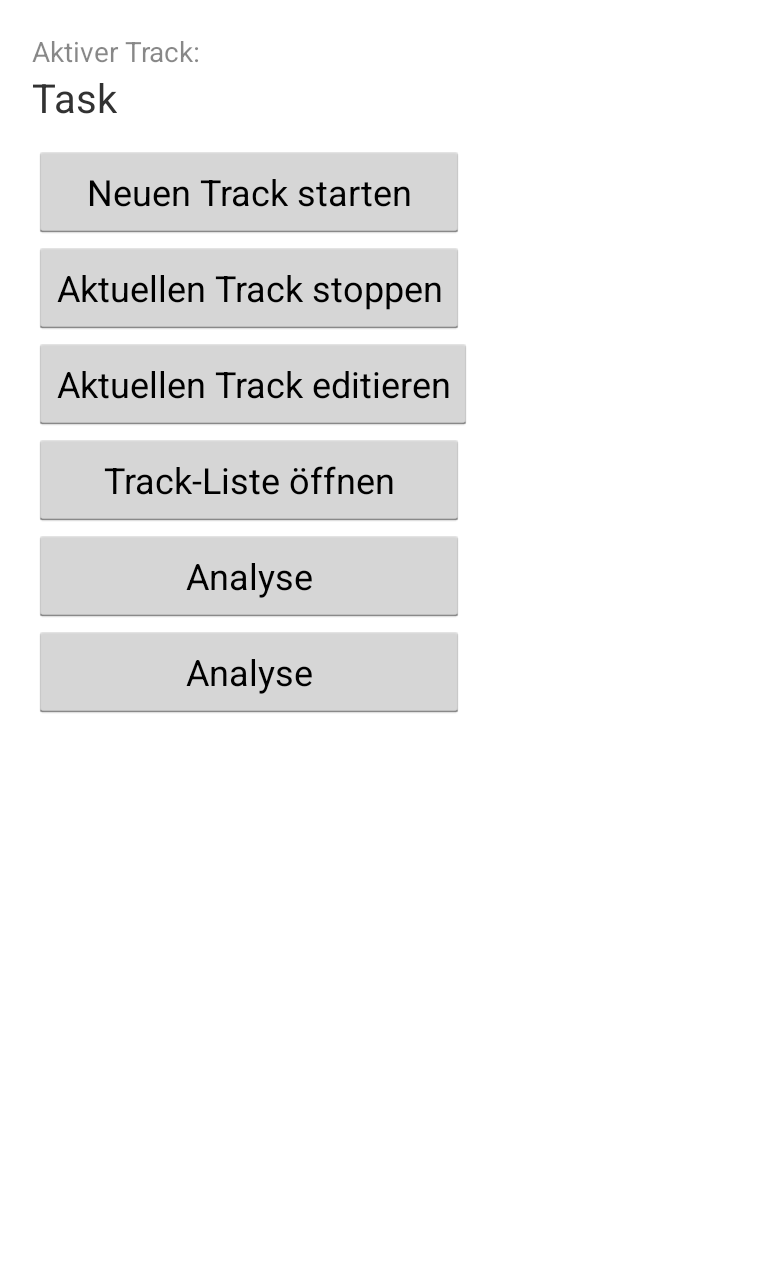
Repository: floriandrs/ttracker
Layout: TTracker/res/layout/activity_main.xml
The author's editor kept a copy of each file at every save. The layout is drawn from the files as they stood at one save, then again after the next save.
It is drawn on a 768 x 1280 px phone screen (xhdpi) without system bars, with theme AppTheme; the app's code is not run.

Above is the layout before, as saved 2015-02-23 19:35:50.

### TTracker/res/layout/activity_main.xml
<RelativeLayout xmlns:android="http://schemas.android.com/apk/res/android"
    xmlns:tools="http://schemas.android.com/tools"
    android:layout_width="match_parent"
    android:layout_height="match_parent"
    android:paddingBottom="@dimen/activity_vertical_margin"
    android:paddingLeft="@dimen/activity_horizontal_margin"
    android:paddingRight="@dimen/activity_horizontal_margin"
    android:paddingTop="@dimen/activity_vertical_margin"
    tools:context="com.slart.ttracker.activitiy.MainActivity" >

    <TextView
        android:id="@+id/current_track_label"
        style="@style/FormLabel"
        android:layout_marginTop="0dp"
        android:text="@string/current_track_label" />

    <TextView
        android:id="@+id/current_track_value"
        android:layout_width="wrap_content"
        android:layout_height="wrap_content"
        android:layout_below="@id/current_track_label"
        android:layout_marginTop="0dp"
        android:textSize="20dp"
        android:text="@string/track" />

    <Button
        android:id="@+id/main_open_create_new_track"
        android:layout_width="wrap_content"
        android:layout_height="wrap_content"
        android:layout_alignLeft="@+id/current_track_value"
        android:layout_alignRight="@+id/close_current_track"
        android:layout_below="@+id/current_track_value"
        android:layout_marginTop="10dp"
        android:onClick="onOpenCreateNewTrack"
        android:text="@string/open_create_new_track" />

    <Button
        android:id="@+id/close_current_track"
        android:layout_width="wrap_content"
        android:layout_height="wrap_content"
        android:layout_alignLeft="@+id/current_track_value"
        android:layout_below="@+id/main_open_create_new_track"
        android:onClick="onCloseCurrentTrack"
        android:text="@string/close_current_track" />

    <Button
        android:id="@+id/update_current_track"
        android:layout_width="wrap_content"
        android:layout_height="wrap_content"
        android:layout_alignLeft="@+id/current_track_value"
        android:layout_below="@+id/close_current_track"
        android:onClick="onUpdateCurrentTrack"
        android:text="@string/update_current_track" />

    <Button
        android:id="@+id/main_open_view_all"
        android:layout_width="wrap_content"
        android:layout_height="wrap_content"
        android:layout_alignLeft="@+id/current_track_value"
        android:layout_alignRight="@+id/close_current_track"
        android:layout_below="@+id/update_current_track"
        android:onClick="onOpenViewAll"
        android:text="@string/open_view_all" />

    <Button
        android:id="@+id/open_activity_stats"
        android:layout_width="wrap_content"
        android:layout_height="wrap_content"
        android:layout_alignLeft="@+id/current_track_value"
        android:layout_alignRight="@+id/main_open_view_all"
        android:layout_below="@+id/main_open_view_all"
        android:onClick="onOpenActivityStats"
        android:text="@string/open_activity_stats" />

    <Button
        android:id="@+id/open_activity_view_all_categories"
        android:layout_width="wrap_content"
        android:layout_height="wrap_content"
        android:layout_alignLeft="@+id/current_track_value"
        android:layout_alignRight="@+id/main_open_view_all"
        android:layout_below="@+id/open_activity_stats"
        android:onClick="onOpenActivityViewAllCategories"
        android:text="@string/open_activity_stats" />

</RelativeLayout>

### TTracker/res/values/styles.xml
<resources>

    <!--
        Base application theme, dependent on API level. This theme is replaced
        by AppBaseTheme from res/values-vXX/styles.xml on newer devices.
    -->
    <style name="AppBaseTheme" parent="android:Theme.Light">
        <!--
            Theme customizations available in newer API levels can go in
            res/values-vXX/styles.xml, while customizations related to
            backward-compatibility can go here.
        -->
    </style>

    <!-- Application theme. -->
    <style name="AppTheme" parent="AppBaseTheme">
        <!-- All customizations that are NOT specific to a particular API-level can go here. -->
    </style>


    <style name="FormWidthHeight">
        <item name="android:layout_width">match_parent</item>
        <item name="android:layout_height">wrap_content</item>
    </style>

    <style name="FormTopMargin" parent="@style/FormWidthHeight">
        <item name="android:layout_marginTop">20dp</item>
    </style>

    <style name="FormLabel" parent="@style/FormTopMargin">
        <item name="android:textColor">#77000000</item>
        <item name="android:textSize">14dp</item>
    </style>

</resources>

### TTracker/res/values/strings.xml
<?xml version="1.0" encoding="utf-8"?>
<resources>

    <string name="app_name">TTracker</string>
    <string name="action_settings">Settings</string>
    <string name="hello_world">Hello world!</string>
    <string name="hello_blank_fragment">Hello blank fragment</string>
    <string name="title_activity_view_all_tracks">ViewAllTracksActivity</string>
    <string name="title_activity_edit_track">Neue Aktivitaet anlegen</string>
    <string name="title_activity_stats">StatsActivity</string>
    <string name="title_activity_stats_simple">StatsSimple</string>
    <string name="title_activity_stats_average">StatsAverageActivity</string>
    <string name="main_open_create_new_track_label">Start new</string>
    <string name="open_view_all">Track-Liste öffnen</string>
    <string name="open_time_filter_stats">Tracks pro Zeitraum</string>
    <string name="open_activity_stats">Analyse</string>
    <string name="open_activity_stats_simple">Summen pro Kategorie</string>
    <string name="open_activity_stats_average">Durchschnitt pro Kategorie</string>
    <string name="open_create_new_track">Neuen Track starten</string>
    <string name="close_current_track">Aktuellen Track stoppen</string>
    <string name="update_current_track">Aktuellen Track editieren</string>
    <string name="current_track_label">Aktiver Track:</string>
    <string name="create">Anlegen</string>
    <string name="update">Aktualisieren</string>
    <string name="location_update">+</string>
    <string name="now">jetzt</string>
    <string name="today">heute</string>
    <string name="empty">-</string>
    <string name="none">Kein aktiver Track</string>
    <string name="location">Position (Lat,Long)</string>
    <string name="comment">Kommentar</string>
    <string name="track">Task</string>
    <string name="from">von</string>
    <string name="to">bis</string>
    <string name="started_new_track">Neuer Track gestartet:</string>
    <string name="updated_track">Track aktualisiert:</string>
    <string name="update_track">Bearbeiten</string>
    <string name="delete_track">Löschen</string>
    <string name="export_track_to_calendar">Export an Kalender</string>
    <string name="view_track_in_map">In Karte ansehen</string>

    <string-array name="tracks_array">
        <item>Programmieren</item>
        <item>Meeting</item>
        <item>Testing</item>
    </string-array>

    <string name="title_activity_edit_categories">EditCategoriesActivity</string>
    <string name="title_activity_edit_category">EditCategoryActivity</string>
    <string name="title_activity_view_all_categories">ViewAllCategoriesActivity</string>

</resources>

Loaded but not shown: TTracker/res/values-v11/styles.xml (common file); TTracker/res/values-v14/styles.xml (common file); TTracker/res/values/dimens.xml (common file); TTracker/res/values-w820dp/dimens.xml (common file)

After the next save:
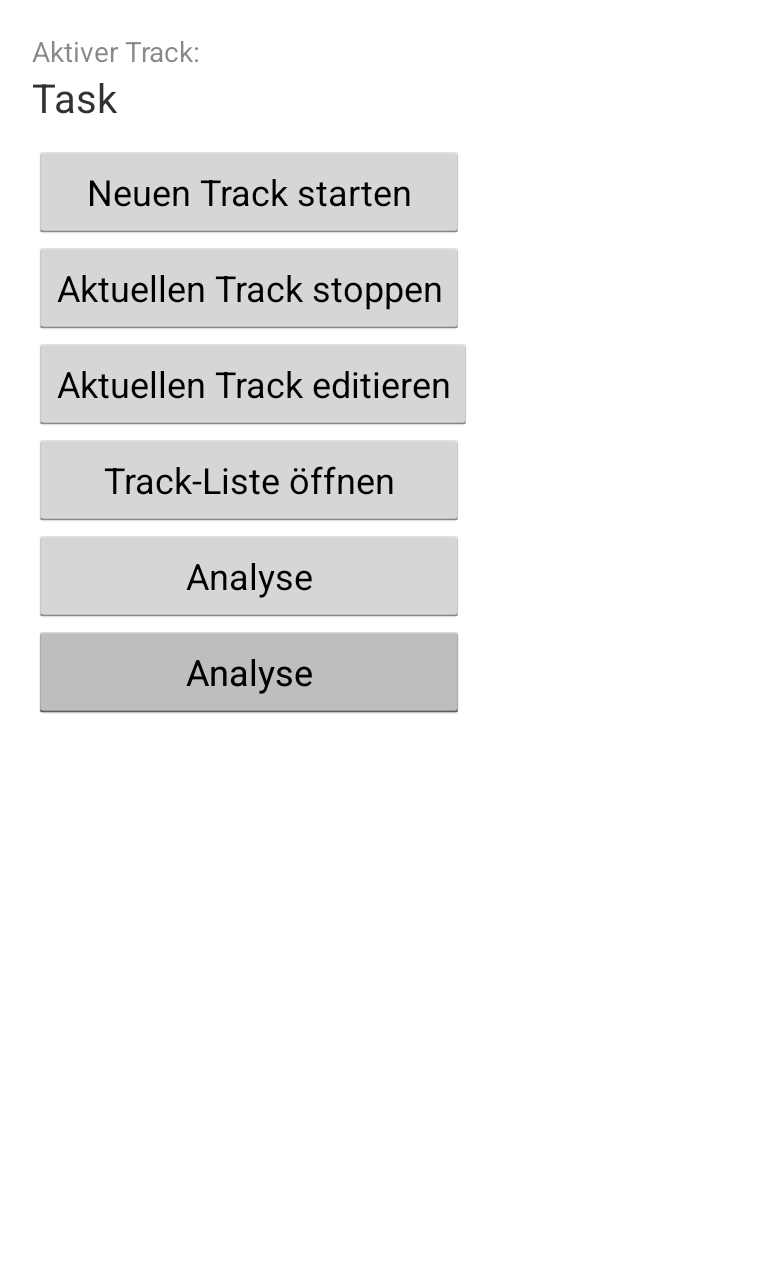
Saved 22 s later.
--- a/TTracker/res/layout/activity_main.xml
+++ b/TTracker/res/layout/activity_main.xml
@@ -82,4 +82,14 @@
         android:onClick="onOpenActivityViewAllCategories"
         android:text="@string/open_activity_stats" />
 
+    <Button
+        android:id="@+id/open_activity_view_all_categories"
+        android:layout_width="wrap_content"
+        android:layout_height="wrap_content"
+        android:layout_alignLeft="@+id/current_track_value"
+        android:layout_alignRight="@+id/main_open_view_all"
+        android:layout_below="@+id/open_activity_stats"
+        android:onClick="onOpenActivityViewAllCategories"
+        android:text="@string/open_activity_stats" />
+
 </RelativeLayout>
